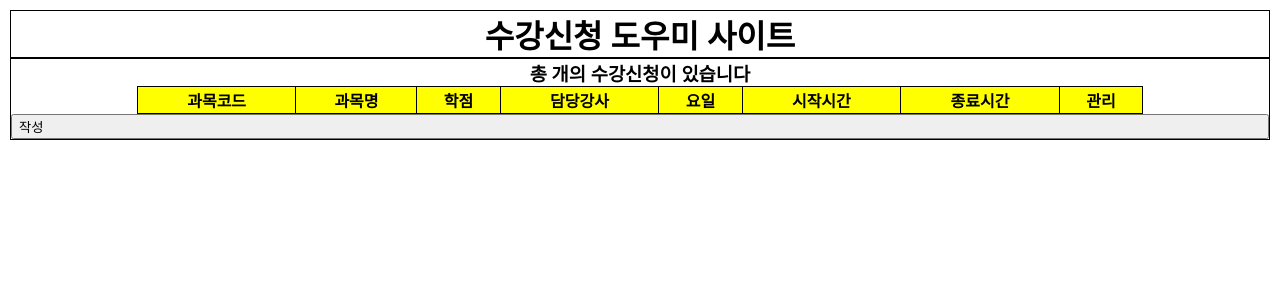
Repository: Tor1a/SpringSet
Page: http://localhost/practice02/WEB-INF/views/home.jsp
An editor plug-in stored every save of this project. The page is shown before and after the next save, followed by the edit.
The browser window is 1280 px wide. The pictures show the whole page.
The page is served by Tomcat 9. Nobody is signed in. The template is opened directly, without the code that normally fills it, so the values that code supplies are empty.

Above is the page before, as saved 2022-04-14 08:49:26.

After the next save:
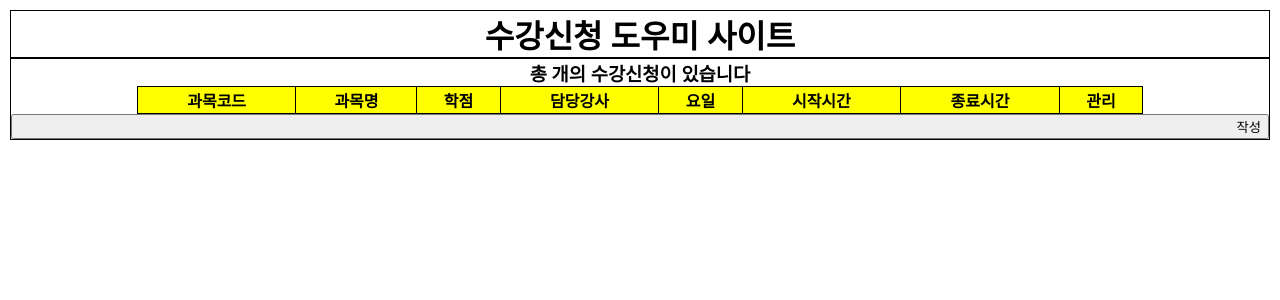
Saved 9 s later.
--- a/practice02/src/main/webapp/resources/css/home.css
+++ b/practice02/src/main/webapp/resources/css/home.css
@@ -12,7 +12,7 @@
 
 #content {display:flex; flex-direction: column; justify-content: center; border: 1px solid black;}
 
-#content .add {display: flex; }
+#content .add {display: flex; flex-direction: row-reverse;}
 
 .liTb {margin: auto; border-collapse: collapse; border: 1px solid black; width: 80%;}
 

After the save that followed:
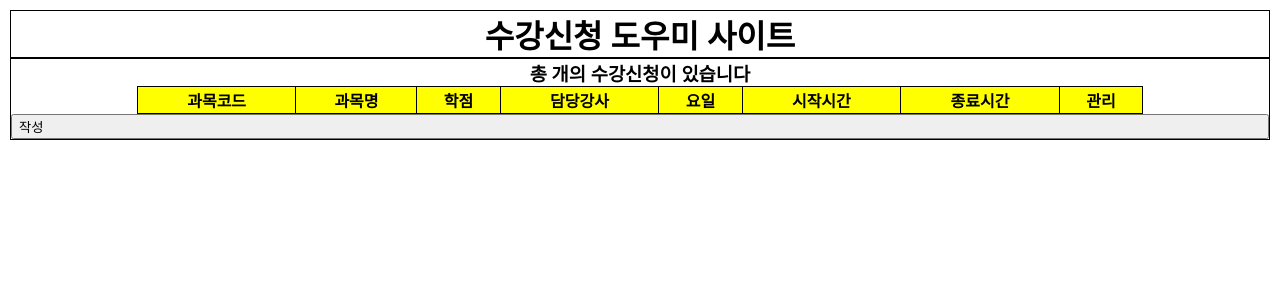
Saved 5 s later.
--- a/practice02/src/main/webapp/resources/css/home.css
+++ b/practice02/src/main/webapp/resources/css/home.css
@@ -12,7 +12,7 @@
 
 #content {display:flex; flex-direction: column; justify-content: center; border: 1px solid black;}
 
-#content .add {display: flex; flex-direction: row-reverse;}
+#content .add {display: flex; flex-direction: row;}
 
 .liTb {margin: auto; border-collapse: collapse; border: 1px solid black; width: 80%;}
 
